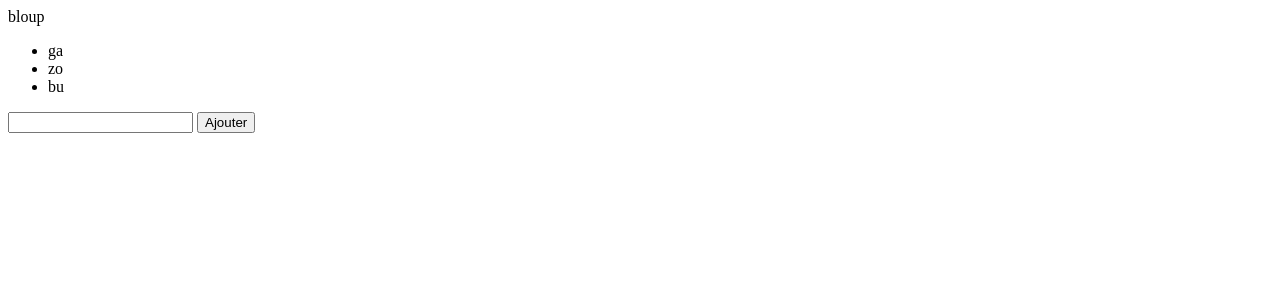
Repository: CyrilleRieau/java
Page: http://localhost/JavaWeb2/ToDoServlet
These files come from the project's save history. The page is drawn as it stood at one moment and after the next save; the edit follows.
The browser window is 1280 px wide. The pictures show the whole page.
The page is served by Tomcat 9.

Above is the page before, as saved 2017-11-07 13:49:22.

After the next save:
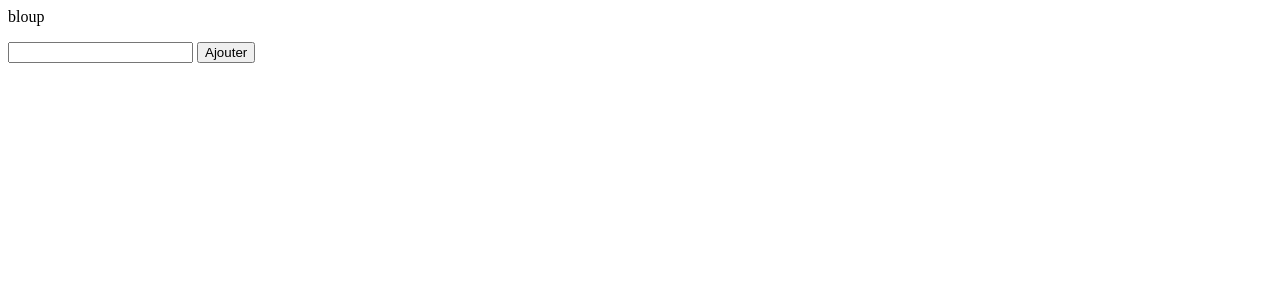
Saved 21 s later.
--- a/JavaWeb2/src/javaweb2/servlets/ToDoServlet.java
+++ b/JavaWeb2/src/javaweb2/servlets/ToDoServlet.java
@@ -36,7 +36,7 @@ public class ToDoServlet extends HttpServlet {
 	protected void doGet(HttpServletRequest request, HttpServletResponse response) throws ServletException, IOException {
 		// TODO Auto-generated method stub
 		request.setAttribute("variable", "bloup");
-		request.setAttribute("bloup", liste);
+		request.setAttribute("items", liste);
 		request.getRequestDispatcher("/todo.jsp").forward(request,  response);
 	}
 
